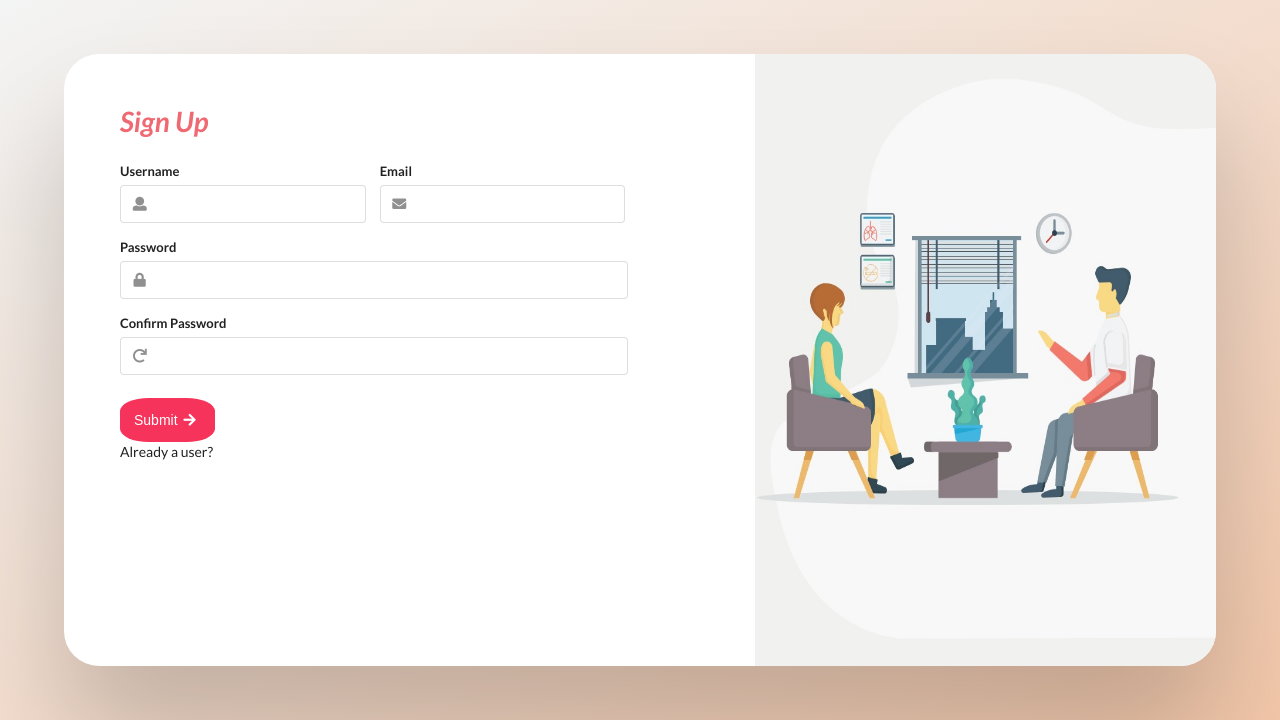
Repository: ajayaj2001/healthcare-digitization
Page: /register
An editor plug-in stored every save of this project. The page is shown before and after the next save, followed by the edit.
The browser window is 1280 px wide. The pictures show the whole page.
The project was rebuilt for these pictures with package versions that can differ from the ones it lists, and the page was loaded fresh each time. Also part of the build but not shown: src/component/userType/UserType.scss, src/component/userType/UserType.js, src/component/login/Login.scss, src/component/login/loginForm/LoginForm.scss, src/component/login/loginForm/LoginForm.js, src/component/login/Login.js.

Above is the page before, as saved 2021-03-12 22:40:21.

After the next save:
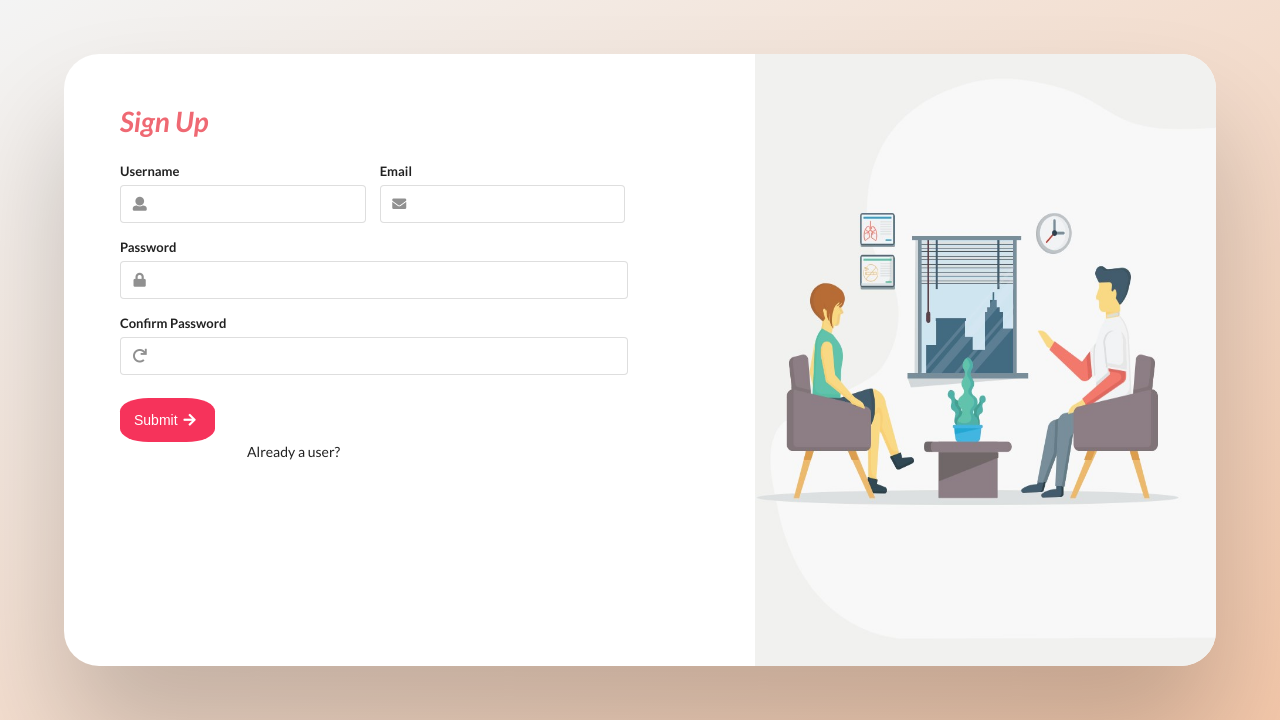
Saved 20 s later.
--- a/src/component/register/registerForm/RegisterForm.scss
+++ b/src/component/register/registerForm/RegisterForm.scss
@@ -29,6 +29,7 @@
     &__link {
         // padding-top: 0.4rem;
         // padding-left: 13rem;
+        padding-left: 20%;
     }
     &__error {
         margin-top: -2rem !important;
